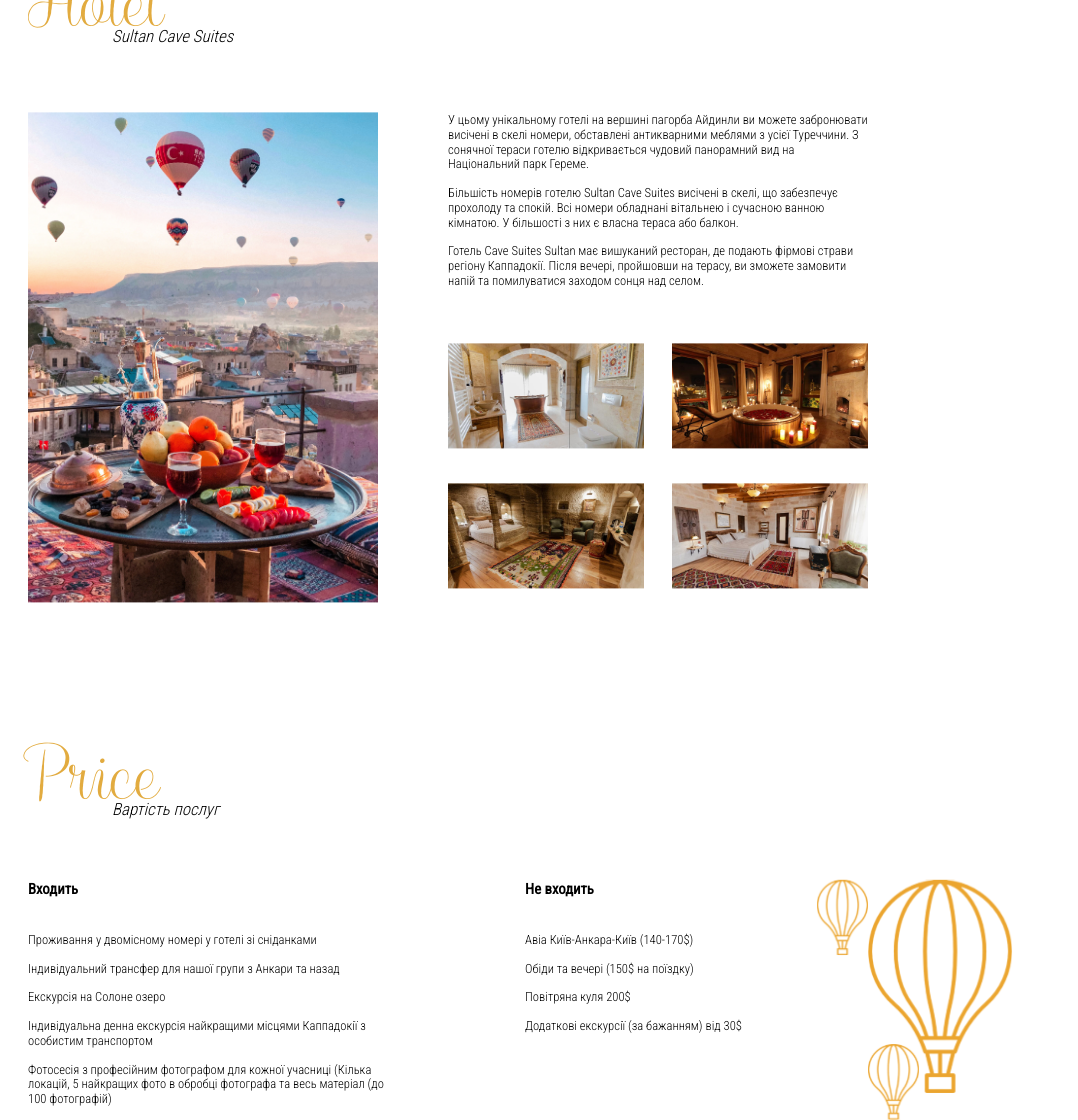
Repository: KYUUBI-K/cappadocia
Page: index.html
An editor plug-in stored every save of this project. The page is shown before and after the next save, followed by the edit.
The browser window is 1280 px wide. The page is 1540 px wide, so the pictures cover 1540 px, including what lies to the right of the window. The pictures show the part of the page from y = 3371 to 4971 px (the page is 4971 px tall), at 70% of full size.

Above is the page before, as saved 2025-08-21 19:35:37.

### index.html
<!DOCTYPE html>
<html lang="en">
  <head>
    <meta charset="UTF-8" />
    <meta name="viewport" content="width=device-width, initial-scale=1.0" />
    <title>Cappadocia</title>
    <link rel="stylesheet" href="./styles.css" />
  </head>
  <body>
    <header class="header">
      <div class="wrapper">
        <nav class="header-menu">
          <ul class="header-menu-list">
            <li class="header-menu-item">
              <a class="header-menu-link" href="#route">Маршрут</a>
            </li>
            <li class="header-menu-item">
              <a class="header-menu-link" href="#hotel">Готель</a>
            </li>
            <li class="header-menu-item">
              <a class="header-menu-link" href="#price">Вартість</a>
            </li>
          </ul>
          <div class="telephone">
            <svg
              class="phone-icon"
              width="30"
              height="30"
              viewBox="0 0 30 30"
              fill="none"
              xmlns="http://www.w3.org/2000/svg"
            >
              <g clip-path="url(#clip0_31_0)">
                <path
                  d="M23.7091 18.5839C23.0949 17.9444 22.3541 17.6025 21.569 17.6025C20.7902 17.6025 20.0431 17.9381 19.4036 18.5776L17.4027 20.5721C17.2381 20.4835 17.0735 20.4011 16.9152 20.3188C16.6873 20.2049 16.472 20.0972 16.2884 19.9832C14.4142 18.7929 12.7109 17.2416 11.0774 15.2345C10.2859 14.2341 9.75404 13.3919 9.36781 12.5372C9.88701 12.0623 10.3682 11.5684 10.8368 11.0935C11.0141 10.9162 11.1913 10.7326 11.3686 10.5553C12.6983 9.22568 12.6983 7.50346 11.3686 6.1738L9.64007 4.44525C9.44379 4.24896 9.24117 4.04635 9.05122 3.84373C8.67132 3.45117 8.27242 3.04594 7.86086 2.66604C7.24669 2.05819 6.51221 1.73528 5.73974 1.73528C4.96727 1.73528 4.22013 2.05819 3.58696 2.66604C3.58063 2.67237 3.58063 2.67237 3.5743 2.6787L1.42152 4.85047C0.61106 5.66093 0.148846 6.64868 0.0475384 7.79472C-0.104423 9.64358 0.440104 11.3658 0.857997 12.4928C1.88373 15.2598 3.41601 17.8241 5.70175 20.5721C8.47504 23.8836 11.8118 26.4986 15.6235 28.3411C17.0798 29.0313 19.0237 29.848 21.1954 29.9873C21.3284 29.9937 21.4677 30 21.5943 30C23.057 30 24.2853 29.4745 25.2477 28.4297C25.2541 28.4171 25.2667 28.4107 25.2731 28.3981C25.6023 27.9992 25.9822 27.6383 26.3811 27.252C26.6534 26.9924 26.932 26.7202 27.2042 26.4353C27.8311 25.7831 28.1603 25.0233 28.1603 24.2445C28.1603 23.4594 27.8247 22.7059 27.1852 22.0727L23.7091 18.5839ZM25.9759 25.2512C25.9695 25.2512 25.9695 25.2576 25.9759 25.2512C25.7289 25.5172 25.4757 25.7578 25.2034 26.0237C24.7918 26.4163 24.374 26.8278 23.9814 27.29C23.3419 27.9739 22.5884 28.2968 21.6007 28.2968C21.5057 28.2968 21.4044 28.2968 21.3094 28.2904C19.4289 28.1701 17.6813 27.4357 16.3707 26.8088C12.7869 25.0739 9.64007 22.6109 7.02508 19.4894C4.86597 16.887 3.42234 14.481 2.46625 11.8977C1.8774 10.3211 1.66212 9.09272 1.7571 7.93401C1.82042 7.19321 2.10534 6.57903 2.63087 6.0535L4.78999 3.89439C5.10024 3.60313 5.42949 3.44484 5.75241 3.44484C6.1513 3.44484 6.47422 3.68544 6.67683 3.88806C6.68317 3.89439 6.6895 3.90072 6.69583 3.90705C7.08206 4.26796 7.4493 4.64153 7.83554 5.04043C8.03182 5.24304 8.23443 5.44565 8.43705 5.6546L10.1656 7.38316C10.8368 8.05432 10.8368 8.67482 10.1656 9.34599C9.98198 9.5296 9.8047 9.71322 9.62108 9.89051C9.08921 10.435 8.58268 10.9416 8.03182 11.4354C8.01916 11.4481 8.00649 11.4544 8.00016 11.4671C7.45563 12.0116 7.55694 12.5435 7.67091 12.9044C7.67724 12.9234 7.68358 12.9424 7.68991 12.9614C8.13946 14.0504 8.77263 15.0762 9.73505 16.2982L9.74138 16.3045C11.4889 18.4573 13.3315 20.1352 15.3639 21.4205C15.6235 21.5852 15.8895 21.7181 16.1427 21.8448C16.3707 21.9587 16.586 22.0664 16.7696 22.1804C16.7949 22.193 16.8202 22.212 16.8456 22.2247C17.0608 22.3323 17.2634 22.383 17.4724 22.383C17.9979 22.383 18.3272 22.0537 18.4348 21.9461L20.6003 19.7806C20.8155 19.5654 21.1574 19.3058 21.5563 19.3058C21.9489 19.3058 22.2718 19.5527 22.4681 19.768C22.4744 19.7743 22.4744 19.7743 22.4808 19.7806L25.9695 23.2694C26.6217 23.9152 26.6217 24.5801 25.9759 25.2512Z"
                  fill="black"
                />
                <path
                  d="M16.2124 7.13621C17.8713 7.41481 19.3782 8.19994 20.5813 9.40296C21.7843 10.606 22.5631 12.1129 22.848 13.7718C22.9176 14.1897 23.2786 14.481 23.6901 14.481C23.7408 14.481 23.7851 14.4747 23.8357 14.4683C24.3043 14.3923 24.6145 13.9491 24.5386 13.4806C24.1966 11.4734 23.2469 9.64357 21.7969 8.19361C20.347 6.74365 18.5171 5.79389 16.51 5.45198C16.0414 5.376 15.6045 5.68625 15.5222 6.14847C15.4399 6.61068 15.7438 7.06023 16.2124 7.13621Z"
                  fill="black"
                />
                <path
                  d="M29.9654 13.2337C29.4019 9.92851 27.8443 6.92095 25.4509 4.52757C23.0575 2.13418 20.05 0.576584 16.7448 0.0130621C16.2826 -0.0692501 15.8457 0.247335 15.7634 0.70955C15.6874 1.1781 15.9977 1.61498 16.4662 1.6973C19.4168 2.1975 22.1078 3.59681 24.2479 5.73059C26.388 7.87071 27.781 10.5617 28.2812 13.5123C28.3508 13.9302 28.7117 14.2214 29.1233 14.2214C29.1739 14.2214 29.2183 14.2151 29.2689 14.2087C29.7311 14.1391 30.0477 13.6959 29.9654 13.2337Z"
                  fill="black"
                />
              </g>
              <defs>
                <clipPath id="clip0_31_0">
                  <rect width="30" height="30" fill="white" />
                </clipPath>
              </defs>
            </svg>
            <div class="number-text">+38(066)555-777-6</div>
          </div>
        </nav>
        <div class="main-title">
          <h1 class="main-title-text">Cappadocia</h1>
          <p class="main-subtitle-text">Ексклюзивний тур</p>
        </div>
      </div>
    </header>

    <section class="about">
      <div class="wrapper">
        <div class="about-title">
          <h2 class="section-title-text">Fairy tail</h2>
          <p class="about-subtitle-text">Казкова країна чудес</p>
        </div>
        <img
          src="./images/Rectangle-about.jpg"
          alt="Hot air balloon"
          class="about-img"
        />
        <div class="about-content">
          <aside class="about-text">
            <!-- prettier-ignore -->
            <p>
            Каппадокія – казкова країна повітряних куль, сирних будиночків,
            різнокольорових долин та чарівних світанків!
            Сюди приїжджають, щоб побачити природні чудеса політати на
            повітряній кулі і, звичайно ж,зробити мільйон красивих фотографій!
          </p>
            <!-- prettier-ignore -->
            <p>
            На учасників туру чекає професійна фотосесія від найкращих
            фотографів Каппадокії!
            Адже саме за чарівними світанками на тлі повітряних куль сюди
            приїжджають люди з усього світу!
          </p>

            <h3>Також Ви побачите:</h3>
            <ul class="about-list">
              <li>Музей на відкритому повітрі у Геремі</li>
              <li>Ущелина Іхлара та монастир Селіме</li>
              <li>Підземні міста</li>
              <li>Фортеця Учхісар</li>
              <li>Зельве та Пашабаг</li>
            </ul>
            <p>та багато інших визначних пам'яток.</p>
            <!-- prettier-ignore -->
            <p>
            Місцева кухня - один із приводів відвідати Каппадокію, тут є ресторани
            на будь-який бюджет.
          </p>
          </aside>
        </div>
      </div>
    </section>

    <section class="route" id="route">
      <div class="wrapper">
        <div class="route-title">
          <h2 class="section-title-text">Our trip</h2>
          <p class="route-subtitle-text">Маршрут</p>
        </div>
        <img
          src="./images/Rectangle-route.png"
          alt="Route map"
          class="route-img"
        />
        <div class="route-content">
          <aside class="route-text">
            <div class="day">
              <h3>День 1</h3>
              <ul>
                <li>Виліт з Києва</li>
                <li>Трансфер до Каппадокії</li>
                <li>Поселення в готель</li>
                <li>Вечірня фотосесія</li>
              </ul>
            </div>

            <div class="day">
              <h3>День 2</h3>
              <ul>
                <li>Фотосесія</li>
                <li>Сніданок у готелі</li>
                <li>Денний тур Каппадокією</li>
                <li>Захід сонця з панорамним видом</li>
              </ul>
            </div>

            <div class="day">
              <h3>День 3</h3>
              <ul>
                <li>Політ на повітряній кулі</li>
                <li>Сніданок у готелі</li>
                <li>Екскурсії на вибір</li>
              </ul>
            </div>

            <div class="day">
              <h3>День 4</h3>
              <ul>
                <li>Вільний час, шопінг</li>
                <li>Трансфер до Анкари</li>
                <li>Виліт до Києва</li>
              </ul>
            </div>
            <button type="button" class="reservation">Забронювати</button>
          </aside>
        </div>
      </div>
    </section>
    <section class="hotel" id="hotel">
      <div class="wrapper">
        <div class="hotel-title">
          <h2 class="section-title-text">Hotel</h2>
          <p class="hotel-subtitle-text">Sultan Cave Suites</p>
        </div>

        <div class="hotel-content">
          <img
            src="./images/Rectangle-hotel.jpg"
            alt="Hot air balloon"
            class="hotel-img"
          />
          <aside class="hotel-side-right">
            <div class="hotel-text">
              <!-- prettier-ignore -->
              <p>
              У цьому унікальному готелі на вершині пагорба Айдинли ви можете забронювати
              висічені в скелі номери, обставлені антикварними меблями з усієї Туреччини. З
              сонячної тераси готелю відкривається чудовий панорамний вид на
              Національний парк Гереме.
            </p>
              <!-- prettier-ignore -->
              <p>
              Більшість номерів готелю Sultan Cave Suites висічені в скелі, що забезпечує
              прохолоду та спокій. Всі номери обладнані вітальнею і сучасною ванною
              кімнатою. У більшості з них є власна тераса або балкон.
            </p>
              <!-- prettier-ignore -->
              <p>
              Готель Cave Suites Sultan має вишуканий ресторан, де подають фірмові страви
              регіону Каппадокії. Після вечері, пройшовши на терасу, ви зможете замовити
              напій та помилуватися заходом сонця над селом.
            </p>
            </div>

            <div class="hotel-images-list">
              <img
                src="./images/Rectangle-hotel1.jpg"
                alt="Hotel room"
                class="hotel-image"
              />
              <img
                src="./images/Rectangle-hotel2.jpg"
                alt="Hotel room"
                class="hotel-image"
              />
              <img
                src="./images/Rectangle-hotel3.jpg"
                alt="Hotel room"
                class="hotel-image"
              />
              <img
                src="./images/Rectangle-hotel4.jpg"
                alt="Hotel room"
                class="hotel-image"
              />
            </div>
          </aside>
        </div>
      </div>
    </section>
    <section class="price" id="price">
      <div class="wrapper">
        <div class="price-title">
          <h2 class="section-title-text">Price</h2>
          <p class="price-subtitle-text">Вартість послуг</p>
        </div>
        <div class="price-content">
          <aside class="price-text-left">
            <h3>Входить</h3>
            <ul class="price-text-list">
              <li>Проживання у двомісному номері у готелі зі сніданками</li>
              <li>Індивідуальний трансфер для нашої групи з Анкари та назад</li>
              <li>Екскурсія на Солоне озеро</li>
              <li>Індивідуальна денна екскурсія найкращими місцями Каппадокії з особистим транспортом</li>
              <li>Фотосесія з професійним фотографом для кожної учасниці
              (Кілька локацій, 5 найкращих фото в обробці фотографа та весь матеріал (до 100 фотографій)</li>
            </ul>
          </aside>
          <aside class="price-text-center">
            <h3>Не входить</h3>
            <ul class="price-text-list">
              <li>Авіа Київ-Анкара-Київ (140-170$)</li>
              <li>Обіди та вечері (150$ на поїздку)</li>
              <li>Повітряна куля 200$</li>
              <li>Додаткові екскурсії (за бажанням) від 30$</li>
            </ul>
          </aside>
          <aside class="price-right">
            <svg class="svg-flight-left" width="73" height="108" viewBox="0 0 73 108" fill="none" xmlns="http://www.w3.org/2000/svg" xmlns:xlink="http://www.w3.org/1999/xlink">
            <rect width="73" height="108" fill="url(#pattern0_15_89)"/>
            <defs>
            <pattern id="pattern0_15_89" patternContentUnits="objectBoundingBox" width="1" height="1">
            <use xlink:href="#image0_15_89" transform="scale(0.00289017 0.00195354)"/>
            </pattern>
              <image id="image0_15_89" width="346" height="512" preserveAspectRatio="none" xlink:href="data:[embedded picture, 45654 characters]"/>
            </defs>
            </svg>
            <svg class="svg-flight-right" width="206" height="305" viewBox="0 0 206 305" fill="none" xmlns="http://www.w3.org/2000/svg" xmlns:xlink="http://www.w3.org/1999/xlink">
              <rect width="206" height="305" fill="url(#pattern0_15_93)"/>
              <defs>
              <pattern id="pattern0_15_93" patternContentUnits="objectBoundingBox" width="1" height="1">
              <use xlink:href="#image0_15_93" transform="matrix(0.00289176 0 0 0.00195312 -0.000274954 0)"/>
              </pattern>
              <image id="image0_15_93" width="346" height="512" preserveAspectRatio="none" xlink:href="data:[embedded picture, 45654 characters]"/>
              </defs>
              </svg>
              <svg class="svg-flight-down" width="73" height="108" viewBox="0 0 73 108" fill="none" xmlns="http://www.w3.org/2000/svg" xmlns:xlink="http://www.w3.org/1999/xlink">
              <rect width="73" height="108" fill="url(#pattern0_15_91)"/>
              <defs>
              <pattern id="pattern0_15_91" patternContentUnits="objectBoundingBox" width="1" height="1">
              <use xlink:href="#image0_15_91" transform="scale(0.00289017 0.00195354)"/>
              </pattern>
              <image id="image0_15_91" width="346" height="512" preserveAspectRatio="none" xlink:href="data:[embedded picture, 45654 characters]"/>
              </defs>
              </svg>

          </aside>
        </div>

    </section>
  </body>
</html>

### styles.css
@font-face {
  font-family: "Roboto Condensed";
  src: url("./fonts/RobotoCondensed-Light.woff2") format("woff2");
  font-weight: 300;
  font-style: normal;
  font-display: swap;
}

@font-face {
  font-family: "Roboto Condensed";
  src: url("./fonts/RobotoCondensed-Regular.woff2") format("woff2");
  font-weight: 400;
  font-style: normal;
  font-display: swap;
}

@font-face {
  font-family: "Balqis";
  src: url("./fonts/Balqis.woff2") format("woff2");
  font-weight: 400;
  font-style: normal;
  font-display: swap;
}

html {
  box-sizing: border-box;
}
*,
*::before,
*::after {
  box-sizing: inherit;
  margin: 0;
  padding: 0;
}

:root {
  --color-dark: #000000;
  --color-light: #ffffff;
  --color-gray: #e5e5e5;
  --color-orange: #e2ab3f;

  --border: 1px solid var(--color-orange);

  --font-family-base: "Roboto Condensed", sans-serif;
  --font-family-accent: "Balqis", sans-serif;

  --input-height: 50px;
}

li {
  list-style: none;
}

body {
  /* word-wrap: break-word; */
  font-size: 18px;
  font-family: var(--font-family-base);
  background-color: var(--color-light);
  color: var(--color-dark);
}

.header {
  min-height: 100svh;
  background: url("./images/Rectangle.jpg") no-repeat center center;
  background-size: cover;
  background-position: center;
  margin-bottom: 200px;
}
.wrapper {
  margin: 0 auto;
  height: 100%;
  max-width: 1200px;
}

.header-menu {
  display: flex;
  justify-content: space-between;
  align-items: center;
  font-family: var(--font-family-base);
  font-size: 24px;
  font-weight: 400;
  padding-top: 72px;
}
.header-menu-list {
  display: flex;
  column-gap: 45px;
}
.header-menu-link {
  text-decoration: none;
  color: inherit;
}
.telephone {
  display: flex;
  align-items: center;
  column-gap: 10px;
}

.main-title {
  margin-top: 152px;
  text-align: center;
}

.main-title-text {
  font-family: var(--font-family-accent);
  font-size: 250px;
  font-weight: 400;
  line-height: 1;
}

.main-subtitle-text {
  font-family: var(--font-family-base);
  color: var(--color-dark);
  font-weight: 300;
  font-size: 56px;
  line-height: 0;
  font-style: italic;
  transform: translateX(25%);
}

.about {
  margin-bottom: 200px;
  position: relative;
}

.about-title {
  margin-bottom: 100px;
}

.section-title-text {
  font-family: var(--font-family-accent);
  font-weight: 400;
  line-height: 1;
  font-size: 96px;
  color: var(--color-orange);
}

.about-subtitle-text {
  font-family: var(--font-family-base);
  font-weight: 300;
  font-size: 24px;
  font-style: italic;
  line-height: 0;
  transform: translateX(15%);
}

.about-content {
  display: flex;
  justify-content: flex-end;
}

.about-img {
  position: absolute;
  left: 0;
  width: 960px;
  height: 700px;
  object-fit: cover;
  object-position: center;
}
.about-text p {
  font-family: var(--font-family-base);
  font-weight: 300;
  font-size: 18px;
  white-space: pre-line;
  padding-bottom: 50px;
}
.about-list {
  padding-bottom: 50px;
  font-family: var(--font-family-base);
  font-weight: 300;
}

.about-text h3 {
  padding-bottom: 50px;
}

.route {
  position: relative;
  margin-bottom: 200px;
}
.route-title {
  margin-bottom: 108px;
}

.route-subtitle-text {
  transform: translateX(20%);
  font-family: var(--font-family-base);
  font-weight: 300;
  font-size: 24px;
  font-style: italic;
  line-height: 0;
}
.route-content {
  position: relative;
  font-family: var(--font-family-base);
}
.day {
  max-width: 295px;
  margin-bottom: 50px;
}
.route-text {
  font-size: 24px;
  font-weight: 300;
  margin-bottom: 50px;
}
.day h3 {
  margin-bottom: 20px;
}

.reservation {
  border: var(--border);
  text-transform: uppercase;
  font-size: 24px;
  padding: 11px 64px;
  background: none;
}

.route-img {
  position: absolute;
  top: 0;
  right: 0;
  width: 960px;
  height: 1095px;
  object-fit: cover;
  object-position: center;
}

.hotel {
  margin-bottom: 200px;
  position: relative;
}
.hotel-title {
  margin-bottom: 108px;
}
.hotel-subtitle-text {
  transform: translateX(10%);
  font-family: var(--font-family-base);
  font-weight: 300;
  font-size: 24px;
  font-style: italic;
  line-height: 0;
}
.hotel-content {
  display: flex;
  justify-content: space-between;
  column-gap: 100px;
}

.hotel-text {
  margin-bottom: 80px;
}
.hotel-text p {
  margin-bottom: 20px;
  /* white-space: pre-line;  */
  font-family: var(--font-family-base);
  font-size: 18px;
  font-weight: 300;
}
.hotel-img {
  width: 500px;
  height: 700px;
  object-fit: cover;
  object-position: center;
}

.hotel-images-list {
  display: flex;
  flex-wrap: wrap;
  justify-content: space-between;
  row-gap: 50px;
}
.hotel-image {
  width: 280px;
  height: 150px;
  object-fit: cover;
  object-position: center;
}

.price-title {
  margin-bottom: 100px;
}

.price-subtitle-text {
  transform: translateX(10%);
  font-family: var(--font-family-base);
  font-weight: 300;
  font-size: 24px;
  font-style: italic;
  line-height: 0;
}

.price-content {
  display: flex;
  justify-content: space-between;
}
.price-content h3 {
  margin-bottom: 50px;
}
.price-text-list {
  font-family: var(--font-family-base);
  font-weight: 300;
  font-size: 18px;
  max-width: 530px;
}
.price-text h3 {
  margin-bottom: 50px;
}
.price-text-list li {
  margin-bottom: 20px;
}

.price-content {
  position: relative;
  width: 100%;
}

.price-right {
  position: relative;
  text-align: center;
}

.svg-flight-left {
  position: absolute;
  right: 0;
}
.svg-flight-right {
  position: absolute;
  left: 0;
}
.svg-flight-down {
  position: absolute;
  bottom: 0;
}

@media (max-width: 1040px) {
  .main-title-text {
    font-size: 150px;
  }
  .main-subtitle-text {
    font-size: 46px;
  }
}

@media (max-width: 830px) {
  .header-menu {
    padding-top: 40px;
  }

  .header-menu-list {
    column-gap: 35px;
  }
  .main-title-text {
    font-size: 150px;
  }
  .main-subtitle-text {
    font-size: 36px;
  }
}

@media (max-width: 630px) {
  .header-menu {
    font-size: 18px;
  }
  .header-menu-list {
    column-gap: 20px;
  }
  .telephone {
    column-gap: 5px;
  }
  .phone-icon {
    width: 18px;
    height: 18px;
  }
  .main-title-text {
    font-size: 100px;
  }
  .main-subtitle-text {
    font-size: 26px;
  }
}

@media (max-width: 450px) {
  .header-menu {
    font-size: 15px;
  }
  .header-menu-list {
    column-gap: 15px;
  }
  .telephone {
    column-gap: 3px;
  }
  .phone-icon {
    width: 15px;
    height: 15px;
  }
  .main-title-text {
    font-size: 50px;
  }
  .main-subtitle-text {
    font-size: 15px;
  }
}

After the next save:
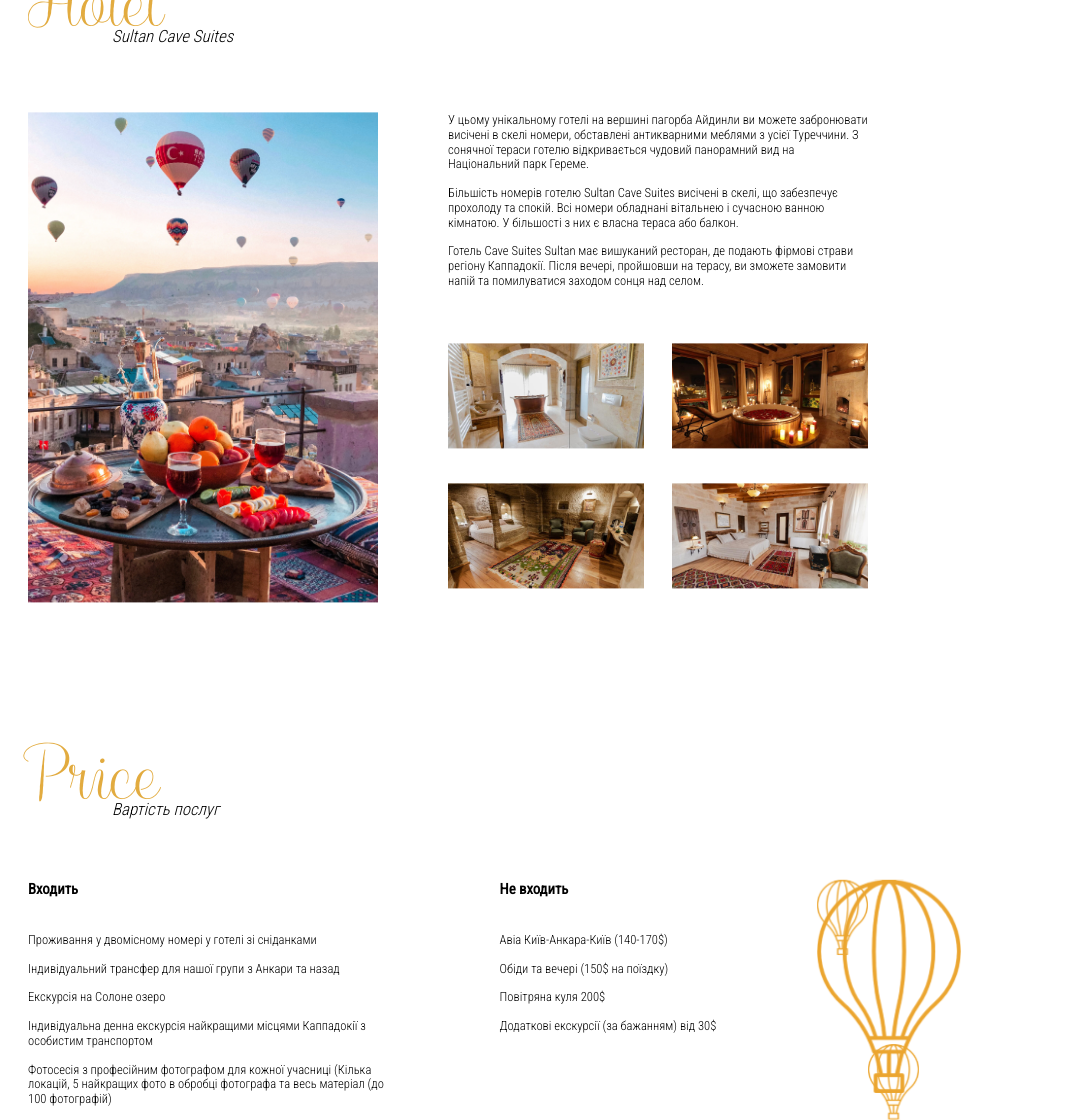
Saved 12 s later.
--- a/styles.css
+++ b/styles.css
@@ -319,8 +319,8 @@
 }
 
 .svg-flight-left {
-  position: absolute;
-  right: 0;
+  /* position: absolute;
+  right: 0; */
 }
 .svg-flight-right {
   position: absolute;
